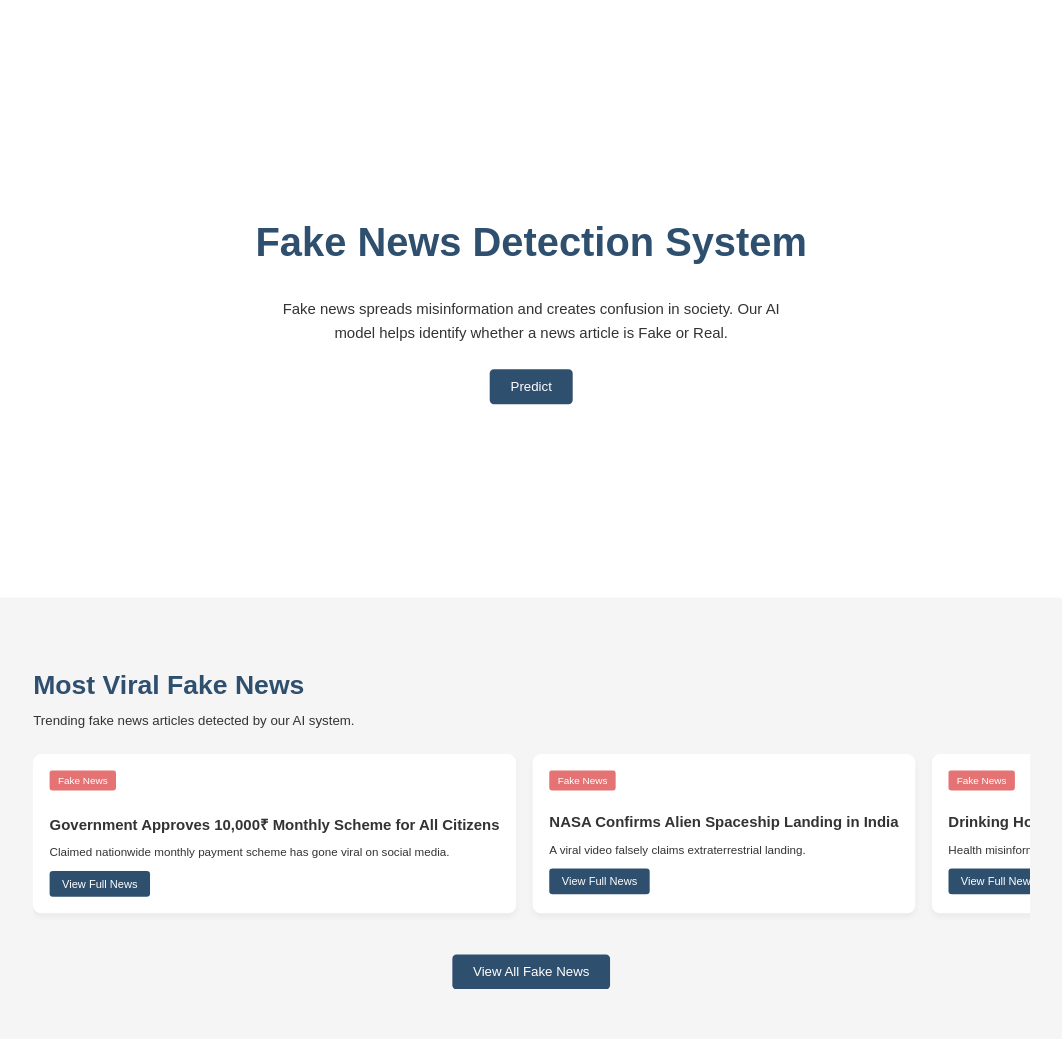
Repository: asadpathan2002-bot/Sprint1
Page: frontend/home.html
These files come from the project's save history. The page is drawn as it stood at one moment and after the next save; the edit follows.
The browser window is 1280 px wide. The pictures show the whole page, at 83% of full size.

Above is the page before, as saved 2026-02-22 00:36:52.

After the next save:
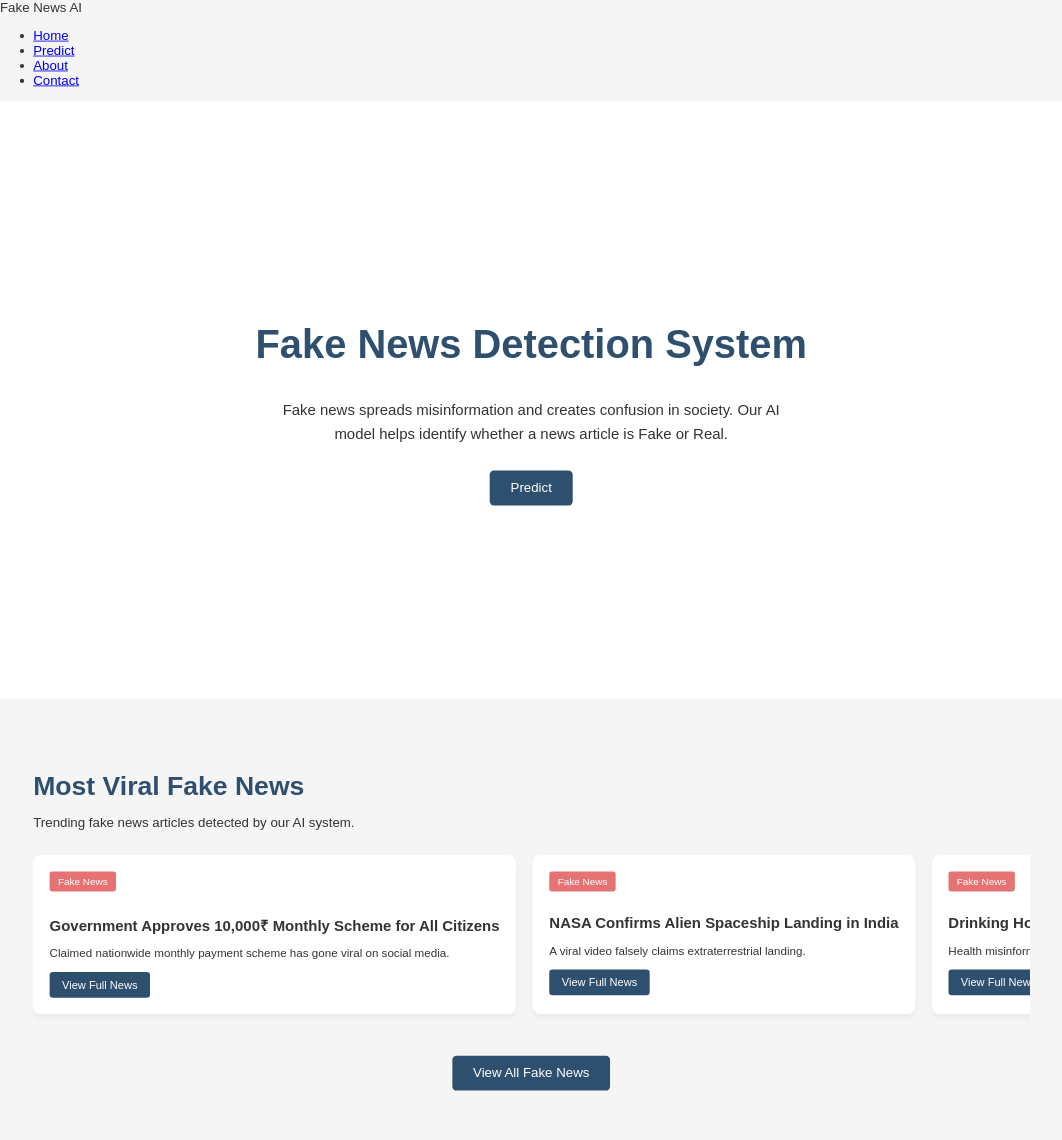
Saved 2 min 22 s later.
--- a/frontend/home.html
+++ b/frontend/home.html
@@ -219,6 +219,17 @@ body {
 </head>
 
 <body>
+
+<!-- Navigation Bar -->
+<nav class="navbar">
+    <div class="logo">Fake News AI</div>
+    <ul class="nav-links">
+        <li><a href="index.html">Home</a></li>
+        <li><a href="predict.html">Predict</a></li>
+        <li><a href="about.html">About</a></li>
+        <li><a href="contact.html">Contact</a></li>
+    </ul>
+</nav>
 
 <!-- Hero Section -->
 <div class="hero">
